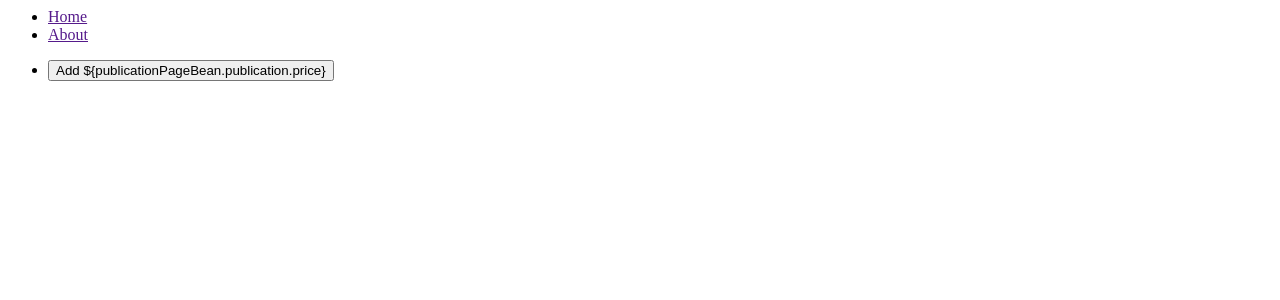
Repository: iancwwong/DigitalBibliographicalLibrary
Page: DigitalBibliographicLibrary/WebContent/include/navbar.html
The author's editor kept a copy of each file at every save. The page is drawn from the files as they stood at one save, then again after the next save.
The browser window is 1280 px wide. The pictures show the whole page.

Above is the page before, as saved 2016-08-27 13:40:01.

After the next save:
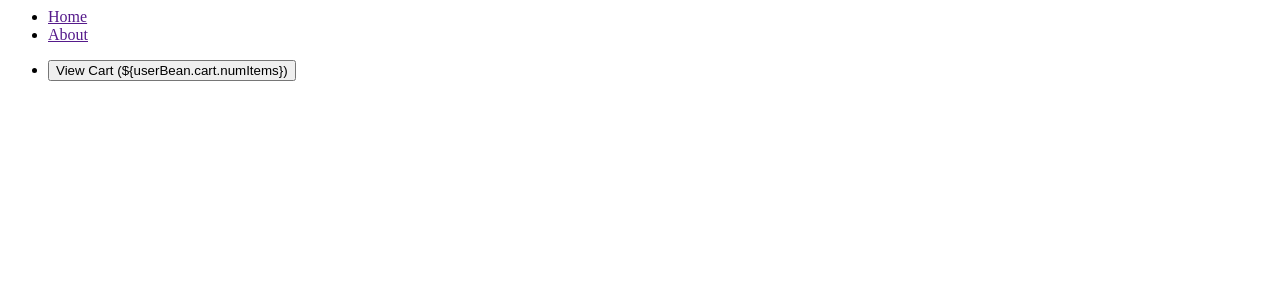
Saved 2 min 5 s later.
--- a/DigitalBibliographicLibrary/WebContent/include/navbar.html
+++ b/DigitalBibliographicLibrary/WebContent/include/navbar.html
@@ -16,7 +16,7 @@
 					<input type='hidden' name="action" value="viewCartPage"/>
 					<button type="submit" class="btn btn-success">
 						<span class="glyphicon glyphicon-shopping-cart"></span>
-						Add ${publicationPageBean.publication.price}
+						View Cart (${userBean.cart.numItems})
 					</button>
 				</form>
           	</li>
